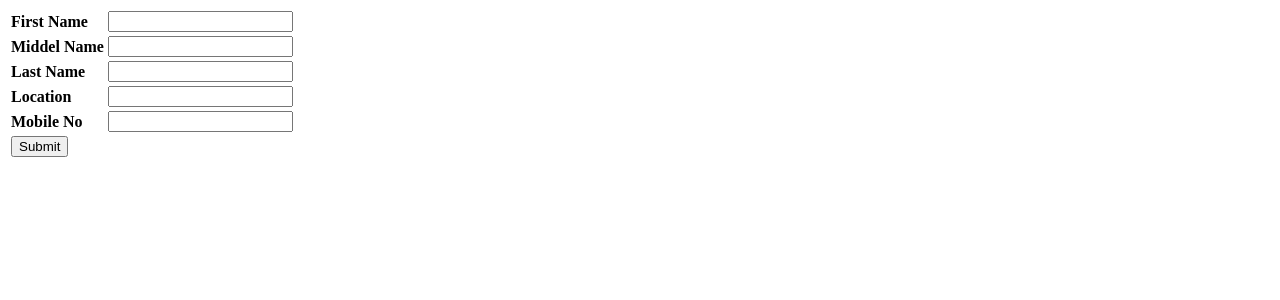
Repository: nosranijuned/WebRegister
Page: WebRegister/WebContent/index.html
These files come from the project's save history. The page is drawn as it stood at one moment and after the next save; the edit follows.
The browser window is 1280 px wide. The pictures show the whole page.

Above is the page before, as saved 2019-03-11 10:49:33.

After the next save:
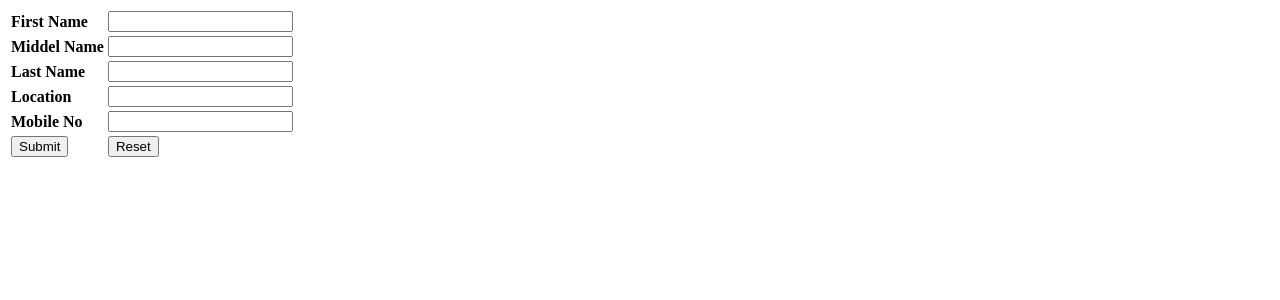
Saved 4 min 47 s later.
--- a/WebRegister/WebContent/index.html
+++ b/WebRegister/WebContent/index.html
@@ -60,7 +60,7 @@ function GEEKFORGEEKS()
 			<tr><td><b>Last Name</b></td><td><input type="text" name="lname"></td></tr>
 			<tr><td><b>Location</b></td><td><input type="text" name="loc"></td></tr>
 			<tr><td><b>Mobile No</b></td><td><input type="text" name="mob"></td></tr>
-			<tr><td><input type="submit" value="Submit"></td></tr>
+			<tr><td><input type="submit" value="Submit"></td><td><input type="submit" value="Reset"></td></tr>
 		</table>
 	</form>
 </body>
